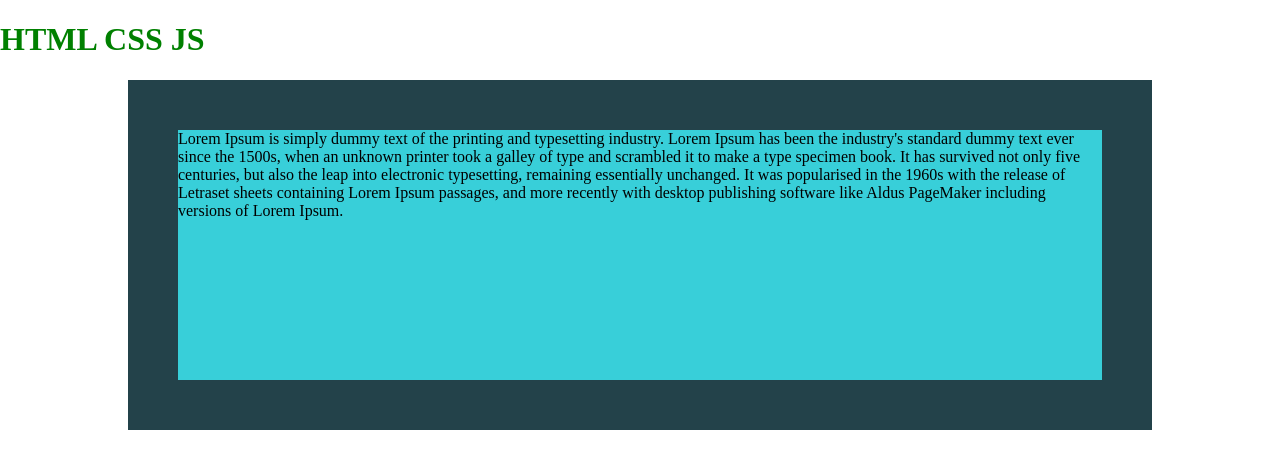
Repository: ufanodev/responsive-1
Page: index.html
These files come from the project's save history. The page is drawn as it stood at one moment and after the next save; the edit follows.
The browser window is 1280 px wide. The pictures show the whole page.

Above is the page before, as saved 2022-12-10 10:38:42.
Not found: js/app.js

### index.html
<!DOCTYPE html>
<html lang="en">
  <head>
    <meta charset="UTF-8">
    <meta name="viewport" content="width=device-width, initial-scale=1.0">
    <meta http-equiv="X-UA-Compatible" content="ie=edge">
    <title>HTML Responsive</title>
    <link rel="stylesheet" href="./css/style.css">
  </head>
  <header>
    <h1>HTML CSS JS</h1>
  </header>
  <body>
    <div class="parent">
        <div class="child">
          Lorem Ipsum is simply dummy text of the printing and typesetting industry. Lorem Ipsum has been the industry's standard dummy text ever since the 1500s, when an unknown printer took a galley of type and scrambled it to make a type specimen book. It has survived not only five centuries, but also the leap into electronic typesetting, remaining essentially unchanged. It was popularised in the 1960s with the release of Letraset sheets containing Lorem Ipsum passages, and more recently with desktop publishing software like Aldus PageMaker including versions of Lorem Ipsum.
        </div>
    </div>
	<script src="./js/app.js"></script>
  </body>
</html>

### css/style.css
* { box-sizing: border-box;}

body{
    margin: 0;
}

h1{
    color: green;
}

.parent{
    background-color:  #23424A;
    padding: 50px;
    margin: 0 auto;
    width: 80%;
}

.child{
    background-color:  #38CFD9;
    height: 250px;
}

After the next save:
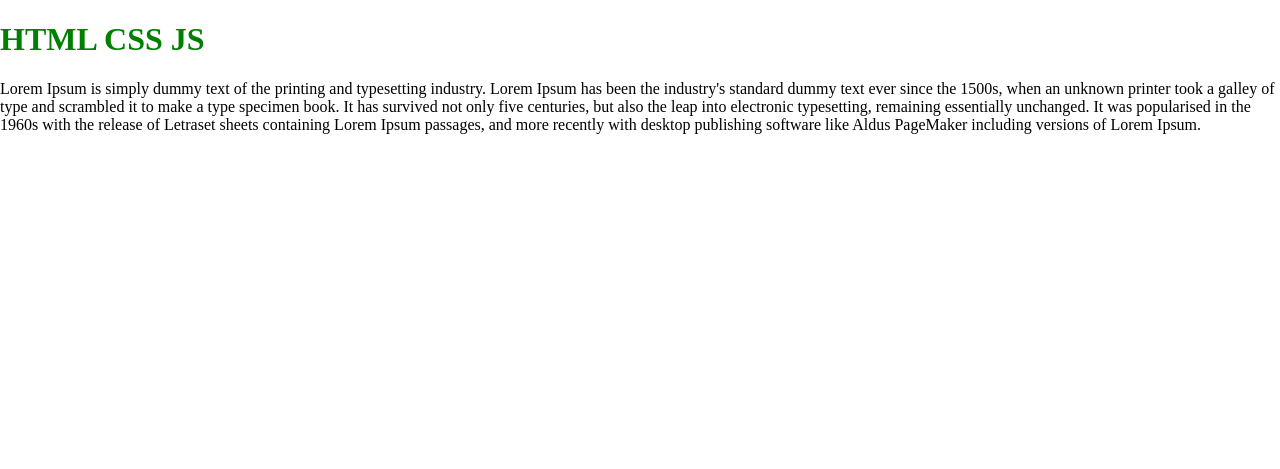
Saved 6 min 28 s later.
--- a/css/style.css
+++ b/css/style.css
@@ -8,14 +8,10 @@ h1{
     color: green;
 }
 
-.parent{
-    background-color:  #23424A;
-    padding: 50px;
+.container{
+    background: #23424A;
+    color: white;
+    width: 80%;
     margin: 0 auto;
-    width: 80%;
+    height: 300px;
 }
-
-.child{
-    background-color:  #38CFD9;
-    height: 250px;
-}
